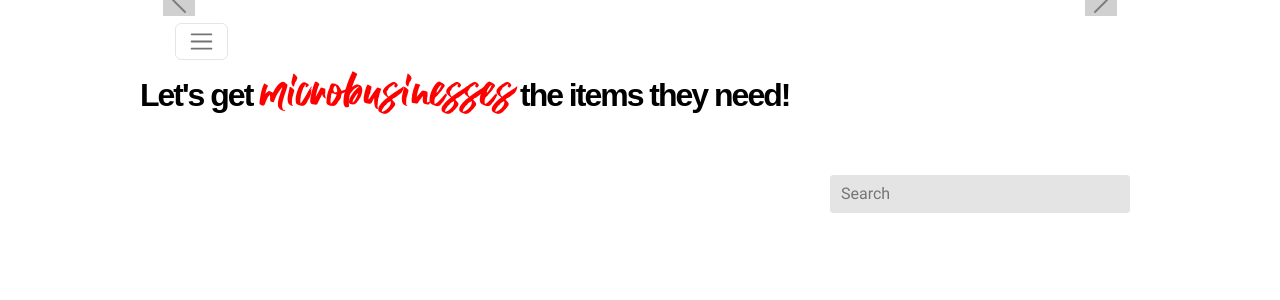
Repository: David-Waite/edableStyleChanges
Page: /
These files come from the project's save history. The page is drawn as it stood at one moment and after a run of saves; the edit follows.
The browser window is 1280 px wide. The pictures show the whole page.
The project was rebuilt for these pictures with package versions that can differ from the ones it lists, and the page was loaded fresh each time. Also part of the build but not shown: src/components/Item/ProgressBar.css, src/components/Volunteer/Volunteer.tsx, src/components/DonorForm/Message.css, src/components/Volunteer/VolunteerError.tsx, src/components/Default.tsx, src/components/DonorForm/Paypal.tsx, src/components/DonorForm/DonorForm.tsx, src/components/DonorForm/PastDonations.css and 8 more.

Above is the page before, as saved 2022-11-08 15:45:05.

After the next 3 saves:
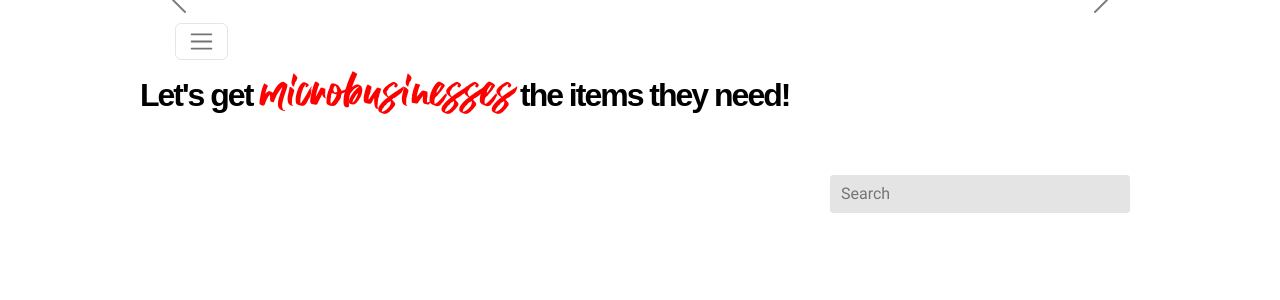
The 3 saves are shown as one change because they came seconds apart.
The last was saved 11 s later.
--- a/src/components/Landing/Landing.css
+++ b/src/components/Landing/Landing.css
@@ -1,19 +1,8 @@
 .carousel-control-next,
 .carousel-control-prev {
   width: 10%;
-  color: grey;
-  background-color: blue;
-}
-.carousel-control-next span,
-.carousel-control-prev span {
-  color: green;
-  background-color: green;
 }
 
-.carousel-control-prev-icon {
-  color: green;
-  background-color: green;
-}
 .landing {
   max-width: 1000px;
 
